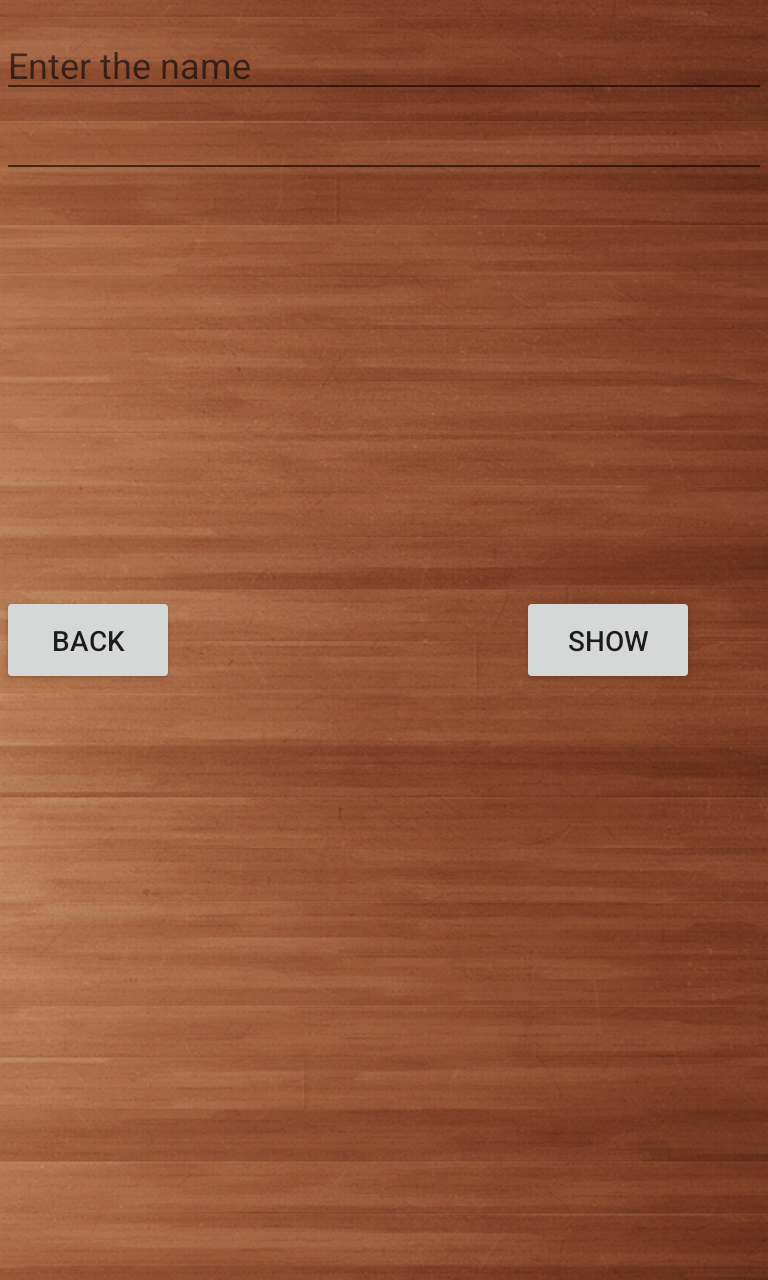
Repository: vipinvkamara/layouts
Layout: RegistrationForm/res/layout/activity_form.xml
These files come from the project's save history. The layout is drawn as it stood at one moment and after the next save; the edit follows.
It is drawn on a 768 x 1280 px phone screen (xhdpi) without system bars, with theme AppTheme; the app's code is not run.

Above is the layout before, as saved 2014-12-17 00:11:38.

### RegistrationForm/res/layout/activity_form.xml
<RelativeLayout xmlns:android="http://schemas.android.com/apk/res/android"
    xmlns:tools="http://schemas.android.com/tools"
    xmlns:android1="http://schemas.android.com/apk/res/android"
    android:layout_width="match_parent"
    android:layout_height="match_parent"
    android:background="@drawable/ic_woo"
    tools:context="com.example.registrationform.MainActivity" >

    <EditText
        android:id="@+id/edittxt1"
        android:layout_width="match_parent"
        android:layout_height="wrap_content"
        android:layout_alignParentLeft="true"
        android:layout_below="@+id/editText1"
        android1:hint="Enter the name"
        android:layout_marginTop="10dp"
        android:ems="10"
        android:inputType="textEmailAddress" />

    <EditText
        android:id="@+id/edittxt2"
        android:layout_width="match_parent"
        android:layout_height="wrap_content"
        android:layout_alignParentLeft="true"
        android:layout_alignParentTop="true"
        android:layout_marginTop="50dp"
        android:ems="10"
        android:inputType="textPersonName" />

    <Button
        android:id="@+id/button1"
        android:layout_width="wrap_content"
        android:layout_height="wrap_content"
        android:layout_alignParentRight="true"
        android:layout_centerVertical="true"
        android:layout_marginRight="36dp"
         android:onClick="onshowtxt"
        android:text="SHOW" />

    <Button
        android:id="@+id/button2"
        android:layout_width="wrap_content"
        android:layout_height="wrap_content"
        android:layout_alignBottom="@+id/button1"
        android:layout_alignParentLeft="true"
        android1:onClick="onBack"
        android:text="BACK" />

</RelativeLayout>

Loaded but not shown: RegistrationForm/res/values/styles.xml (common file); RegistrationForm/res/values-v11/styles.xml (common file); RegistrationForm/res/values-v14/styles.xml (common file)

After the next save:
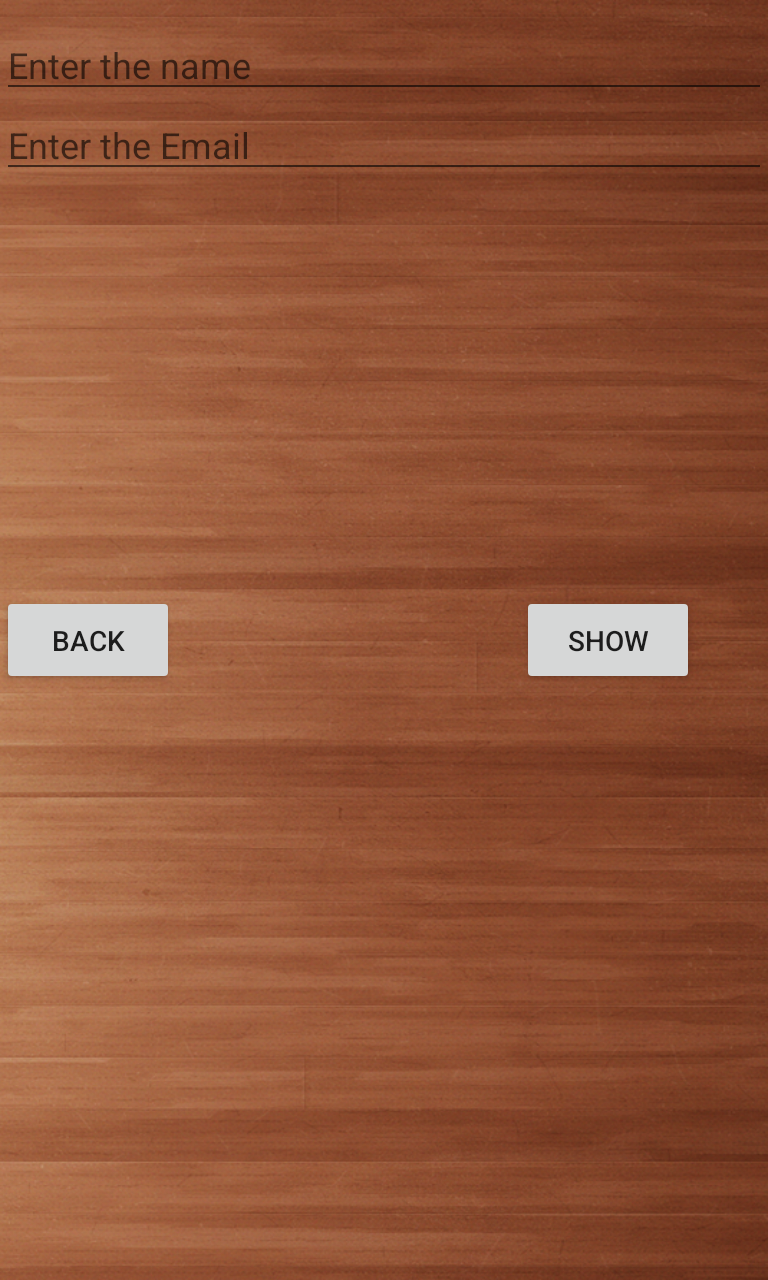
Saved 23 s later.
--- a/RegistrationForm/res/layout/activity_form.xml
+++ b/RegistrationForm/res/layout/activity_form.xml
@@ -21,6 +21,7 @@
         android:id="@+id/edittxt2"
         android:layout_width="match_parent"
         android:layout_height="wrap_content"
+        android1:hint="Enter the Email"
         android:layout_alignParentLeft="true"
         android:layout_alignParentTop="true"
         android:layout_marginTop="50dp"
